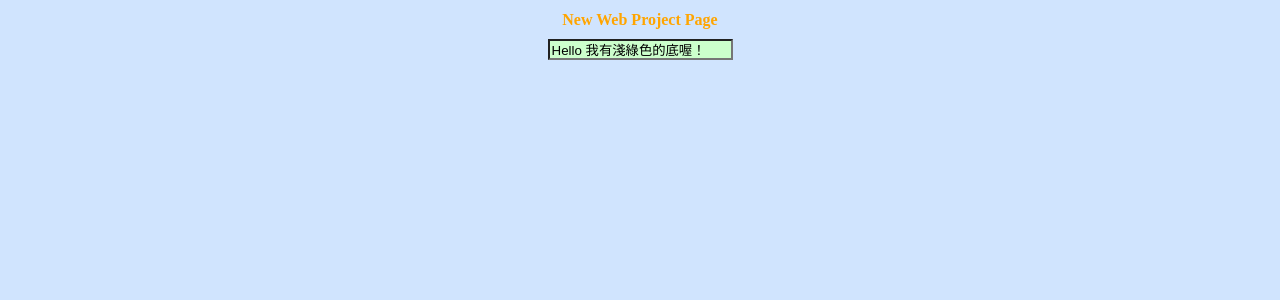
Repository: ericluo1123/myWebCode
Page: myWebProject/index.html
An editor plug-in stored every save of this project. The page is shown before and after the next save, followed by the edit.
The browser window is 1280 px wide. The pictures show the whole page.

Above is the page before, as saved 2014-10-23 03:53:25.

### myWebProject/index.html
<!DOCTYPE HTML PUBLIC "-//W3C//DTD HTML 4.01 Transitional//EN"
"http://www.w3.org/TR/html4/loose.dtd">
<html xmlns="http://www.w3.org/1999/xhtml">
	<head>
		<!-- <link rel=stylesheet type="text/css" href="myCSS.css"> -->
		<style type="text/css">
			@import url(myCSS.css);
		</style>

		<script type="text/javascript" 	src="C:\Users\taianluo\Documents\GitHub\myWebCode\myWebProject\myJavascript.js"></script>
		<meta http-equiv="Content-Type" content="text/html; charset=utf-8" />
		<title>New Web Project</title>
	</head>
	<body>
		<h1>New Web Project Page</h1>
		<h1>
		<input type="Text" value="Hello 我有淺綠色的底喔！"	STYLE="background-color:#ccffcc">
		</h1>
		<p id="para1>
		"Hello world"
		</p>
	</body>
</html>

### myWebProject/myCSS.css
body {
	background-color: #d0e4fe;
}

h1 {
	color: orange;
	text-align: center;
	font-size: 12pt;
	font-family:"標楷體"";
}

p {
	font-family: "Times New Roman";
	font-size: 20px;
}

#para1 {
    text-align: left;
    color: blue;
}

After the next save:
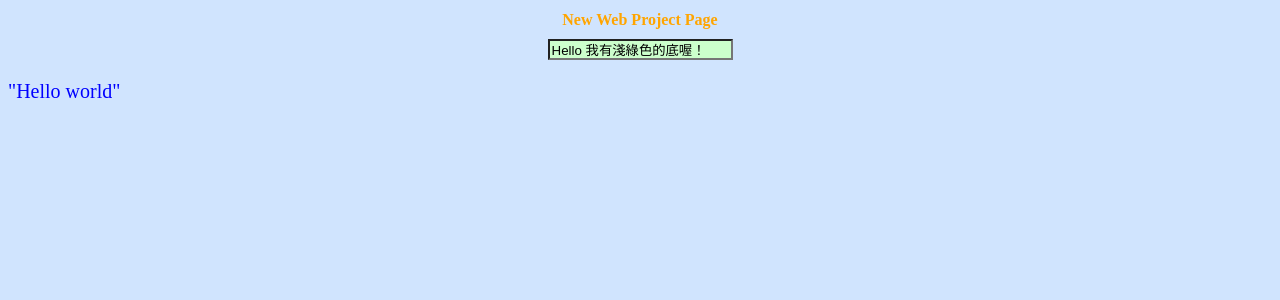
Saved 14 s later.
--- a/myWebProject/index.html
+++ b/myWebProject/index.html
@@ -16,7 +16,7 @@
 		<h1>
 		<input type="Text" value="Hello 我有淺綠色的底喔！"	STYLE="background-color:#ccffcc">
 		</h1>
-		<p id="para1>
+		<p id="para1">
 		"Hello world"
 		</p>
 	</body>
